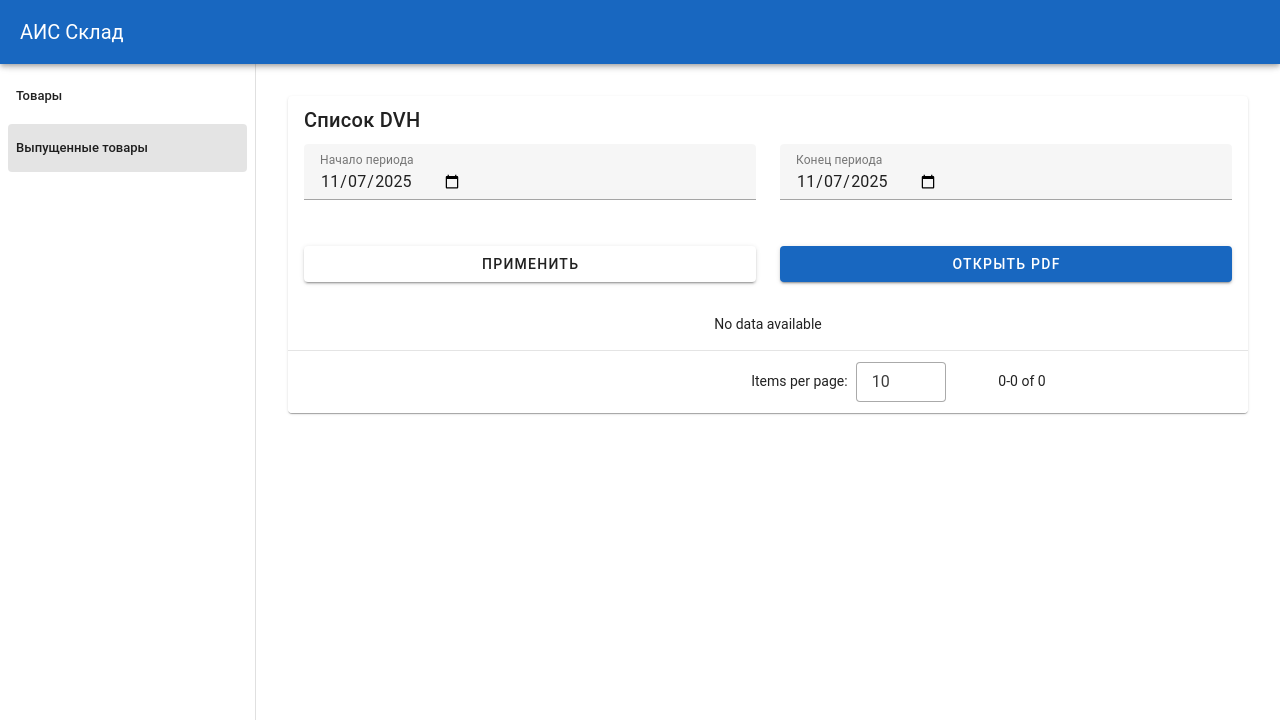
Repository: BekturMuratov/warecommerce_ui
Page: /released_products
The author's editor kept a copy of each file at every save. The page is drawn from the files as they stood at one save, then again after the next save.
The browser window is 1280 px wide. The pictures show the whole page.
The page's requests for data from a server got no answer. The project was rebuilt for these pictures with package versions that can differ from the ones it lists, and the page was loaded fresh each time. The framework's server and built-in components were replaced by stand-ins that run in the browser. No one was signed in, and anything a server would have sent is missing. Also part of the build but not shown: nuxt.config.ts, app/components/PdfProductLoader.vue, app/components/PdfViewer.client.vue, app/layouts/auth.vue.

Above is the page before, as saved 2026-01-07 02:59:26.

After the next save:
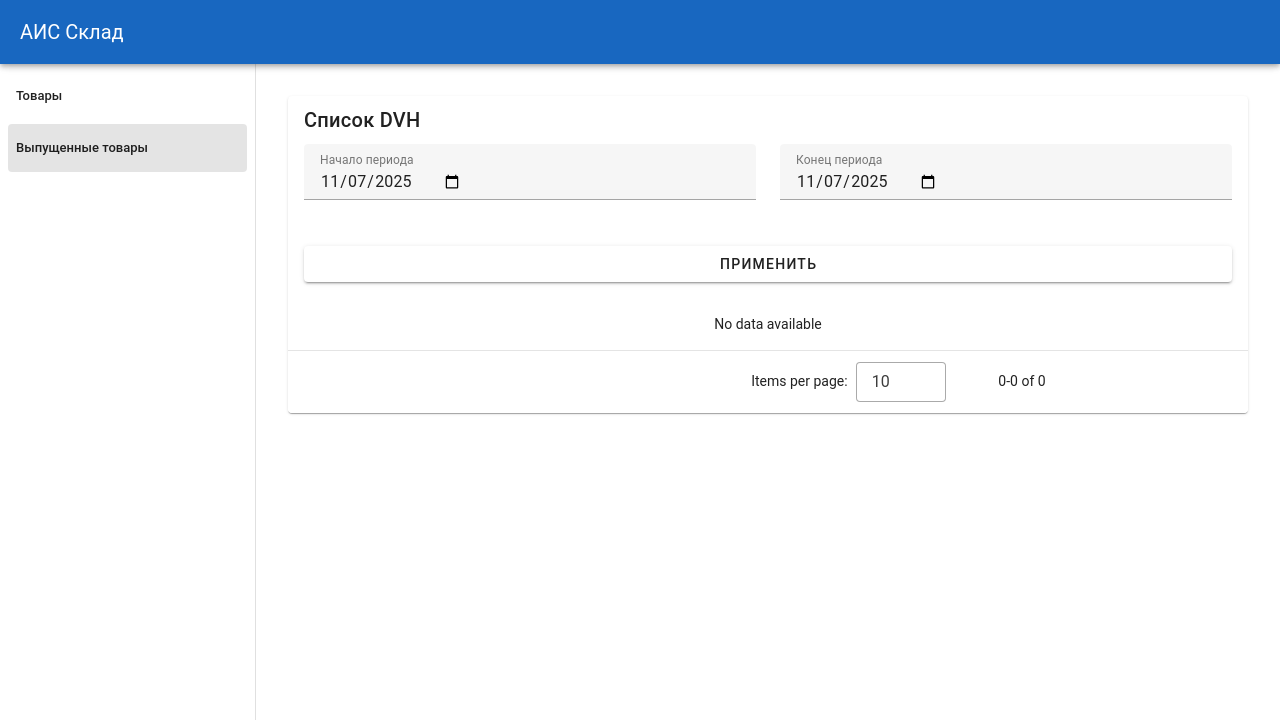
Saved 4 min 10 s later.
--- a/app/pages/released_products/index.vue
+++ b/app/pages/released_products/index.vue
@@ -158,13 +158,8 @@ const sendProductsToServer = async () => {
             <v-col cols="6">
               <v-text-field v-model="endDate" type="date" label="Конец периода" />
             </v-col>
-            <v-col cols="6">
+            <v-col cols="12">
               <v-btn block @click="loadDvhList">Применить</v-btn>
-            </v-col>
-            <v-col cols="6">
-              <v-btn block color="primary" @click="isDialogOpen = true">
-                Открыть PDF
-              </v-btn>
             </v-col>
           </v-row>
         </v-card-text>
